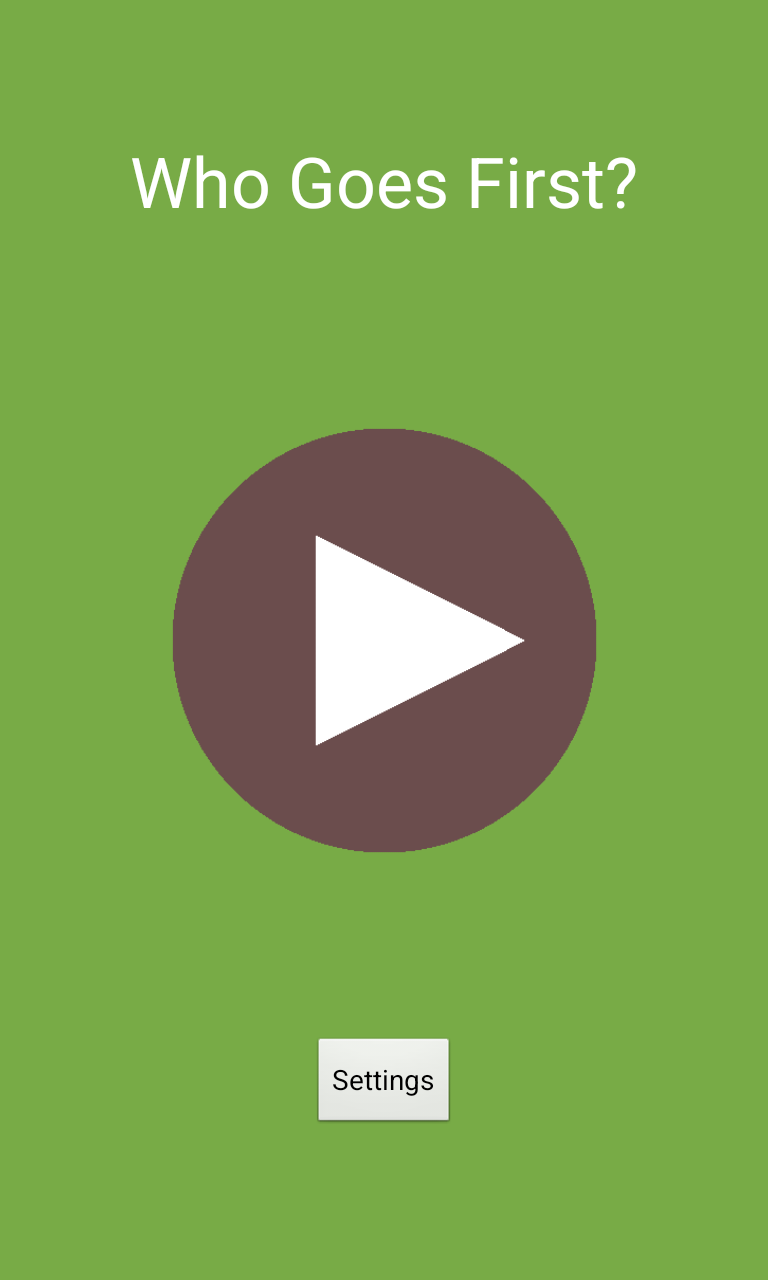
Repository: DarwinLYang/WhoGoesFirstApp
Layout: Who First/WhoFirst/res/layout/fragment_main.xml
These files come from the project's save history. The layout is drawn as it stood at one moment and after the next save; the edit follows.
It is drawn on a 768 x 1280 px phone screen (xhdpi) without system bars, with theme android:Theme.NoTitleBar.Fullscreen; the app's code is not run.

Above is the layout before, as saved 2014-04-09 21:39:52.

### Who First/WhoFirst/res/layout/fragment_main.xml
<RelativeLayout xmlns:android="http://schemas.android.com/apk/res/android"
    xmlns:tools="http://schemas.android.com/tools"
    android:id="@+id/TitleScreen"
    android:layout_width="match_parent"
    android:layout_height="match_parent"
    android:background="@color/green"
    android:gravity="center_horizontal" >

    <TextView
        android:id="@+id/MainTitle"
        android:layout_width="wrap_content"
        android:layout_height="wrap_content"
        android:layout_alignParentTop="true"
        android:layout_centerHorizontal="true"
        android:layout_marginTop="67dp"
        android:text="Who Goes First?"
        android:textAppearance="?android:attr/textAppearanceLarge"
        android:textSize="35sp" />

    <ImageButton
        android:id="@+id/questionButton"
        android:layout_width="300dip"
        android:layout_height="300dip"
        android:layout_centerHorizontal="true"
        android:layout_centerVertical="true"
        android:adjustViewBounds="true"
        android:background="@drawable/start_button"
        android:gravity="center_vertical|center_horizontal"
        android:onClick="questionScreen" />

    <Button
        android:id="@+id/settingsButton"
        android:layout_width="wrap_content"
        android:layout_height="wrap_content"
        android:layout_below="@+id/questionButton"
        android:layout_centerHorizontal="true"
        android:layout_marginTop="48dp"
        android:onClick="settingsScreen"
        android:text="@string/button_setting" />

</RelativeLayout>

### Who First/WhoFirst/res/values/strings.xml
<?xml version="1.0" encoding="utf-8"?>
<resources>

    <string name="app_name">Who Goes First</string>
    <string name="button_question">Who Goes First?</string>
    <string name="button_setting">Settings</string>
    <string name="button_next_question">Give me another</string>
    <string name="action_settings">Settings</string>
    <string name="title_activity_main">MainActivity</string>
    <string name="title_activity_question">QuestionActivity</string>
    <string name="title_activity_settings">SettingsActivity</string>
    <string name="text_question_title">Question</string>
    <string name="text_default_question">Default Question</string>

    <color name="green">#78AB46</color>
    <color name="blue">#43BFC7</color>
    <color name="red">#E77471</color>

</resources>

After the next save:
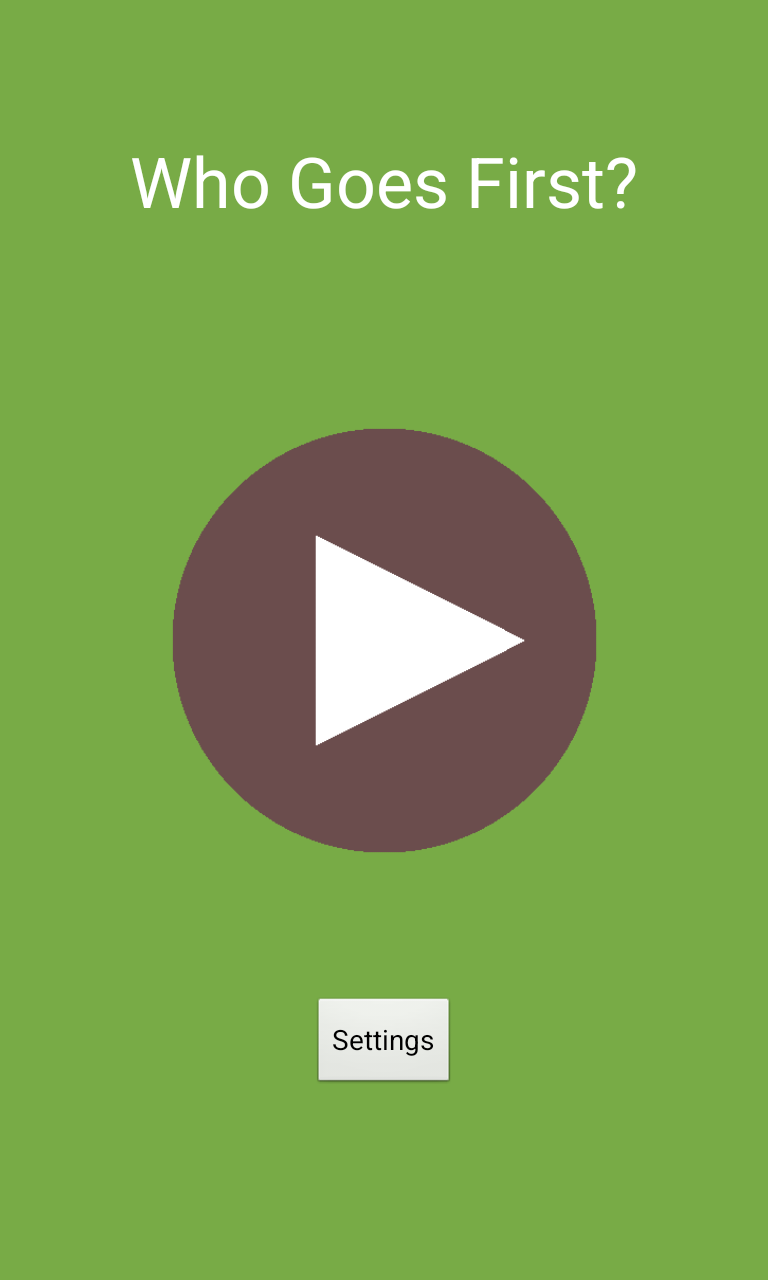
Saved 21 s later.
--- a/Who First/WhoFirst/res/layout/fragment_main.xml
+++ b/Who First/WhoFirst/res/layout/fragment_main.xml
@@ -34,7 +34,7 @@
         android:layout_height="wrap_content"
         android:layout_below="@+id/questionButton"
         android:layout_centerHorizontal="true"
-        android:layout_marginTop="48dp"
+        android:layout_marginTop="28dp"
         android:onClick="settingsScreen"
         android:text="@string/button_setting" />
 
